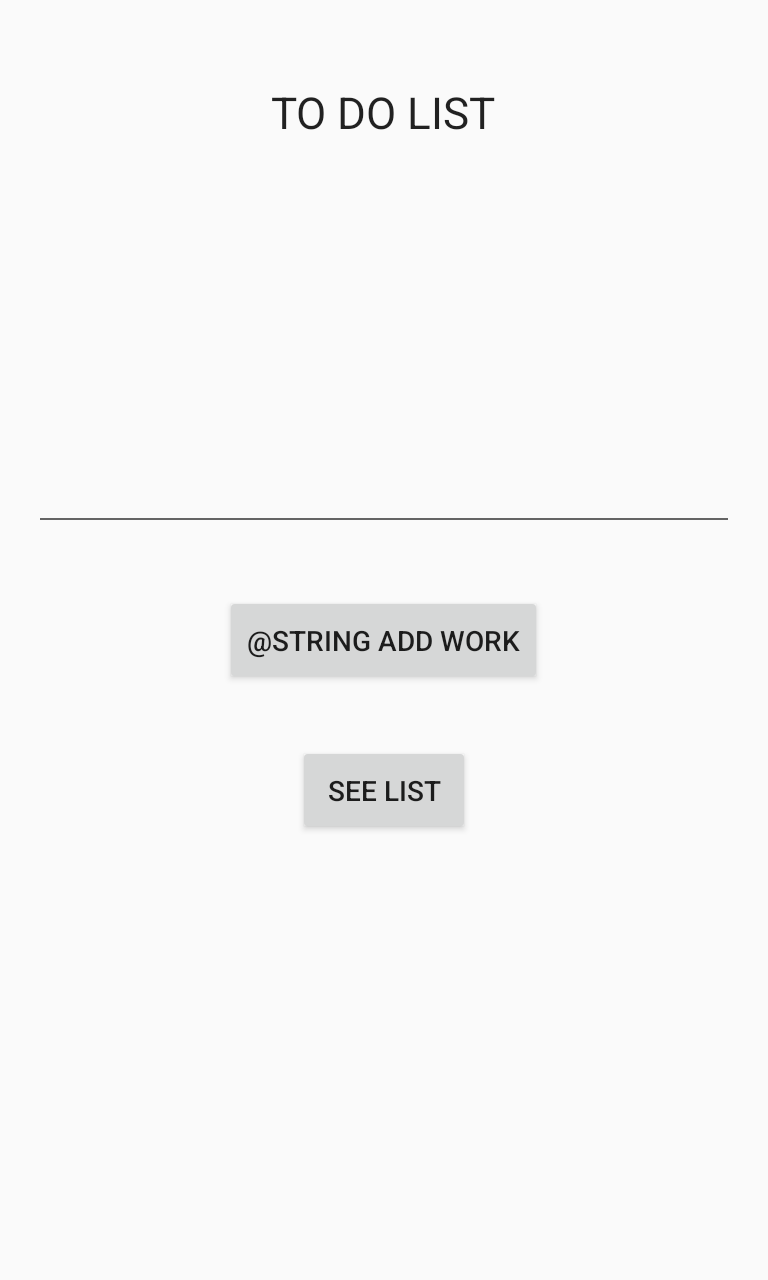
Repository: KibaD/HILLIQUINDOUMBIA
Layout: workspace/Todo_List/res/layout/activity_main.xml
These files come from the project's save history. The layout is drawn as it stood at one moment and after the next save; the edit follows.
It is drawn on a 768 x 1280 px phone screen (xhdpi) without system bars, with theme AppTheme; the app's code is not run.

Above is the layout before, as saved 2015-01-05 02:32:09.

### workspace/Todo_List/res/layout/activity_main.xml
<RelativeLayout xmlns:android="http://schemas.android.com/apk/res/android"
    xmlns:tools="http://schemas.android.com/tools"
    android:layout_width="match_parent"
    android:layout_height="match_parent"
    android:paddingBottom="@dimen/activity_vertical_margin"
    android:paddingLeft="@dimen/activity_horizontal_margin"
    android:paddingRight="@dimen/activity_horizontal_margin"
    android:paddingTop="@dimen/activity_vertical_margin"
    tools:context=".MainActivity" >

    <TextView
        android:id="@+id/textView1"
        android:layout_width="wrap_content"
        android:layout_height="wrap_content"
        android:layout_alignParentTop="true"
        android:layout_centerHorizontal="true"
        android:layout_marginTop="25dp"
        android:text="TO DO LIST"
        android:textAppearance="?android:attr/textAppearanceLarge" />

    <Button
        android:id="@+id/button1"
        android:layout_width="wrap_content"
        android:layout_height="wrap_content"
        android:layout_centerHorizontal="true"
        android:layout_centerVertical="true"
        android:text="@string ADD WORK" />

    <EditText
        android:id="@+id/editText1"
        android:layout_width="fill_parent"
        android:layout_height="wrap_content"
        android:layout_above="@+id/button1"
        android:layout_centerHorizontal="true"
        android:layout_marginBottom="28dp"
        android:ems="10" />

    <Button
        android:id="@+id/button2"
        android:layout_width="wrap_content"
        android:layout_height="wrap_content"
        android:layout_below="@+id/button1"
        android:layout_centerHorizontal="true"
        android:layout_marginTop="27dp"
        android:text="See List" />

</RelativeLayout>

Loaded but not shown: workspace/Todo_List/res/values/styles.xml (common file); workspace/Todo_List/res/values-v11/styles.xml (common file); workspace/Todo_List/res/values-v14/styles.xml (common file); workspace/Todo_List/res/values/dimens.xml (common file); workspace/Todo_List/res/values-w820dp/dimens.xml (common file)

After the next save:
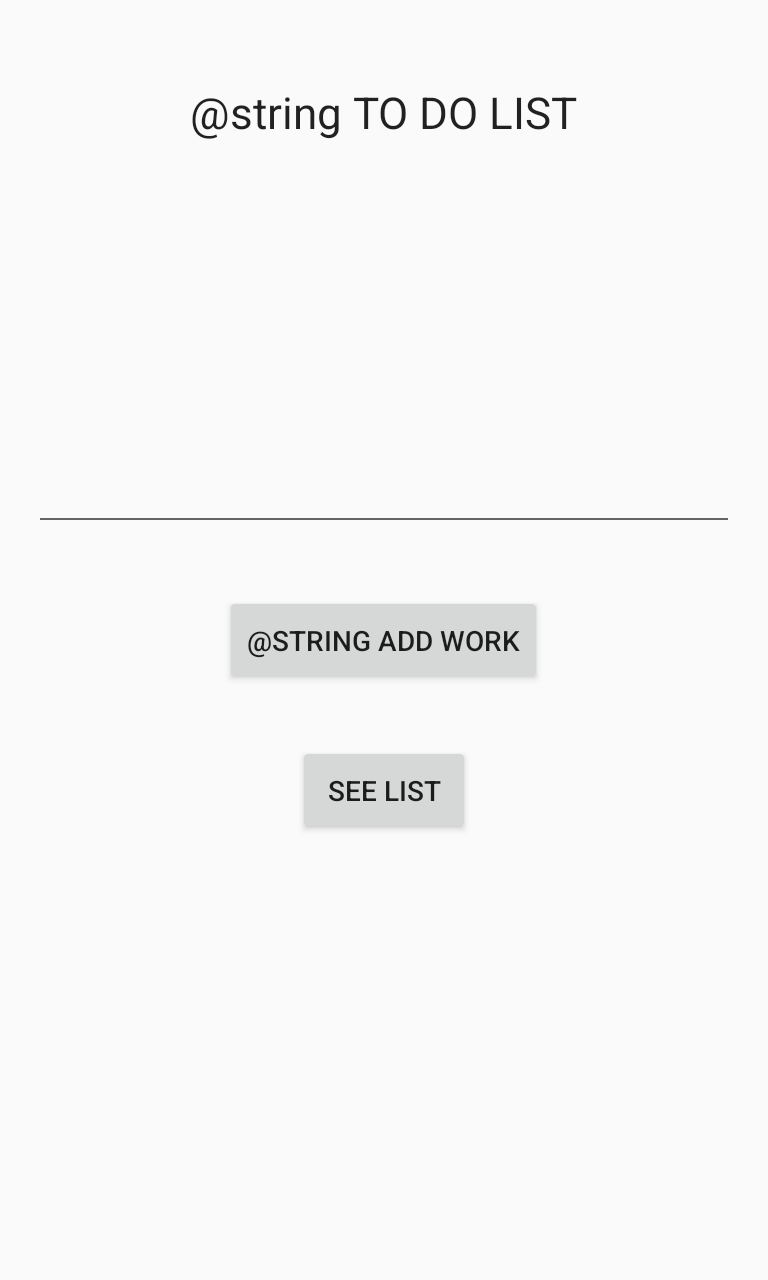
Saved 23 s later.
--- a/workspace/Todo_List/res/layout/activity_main.xml
+++ b/workspace/Todo_List/res/layout/activity_main.xml
@@ -15,7 +15,7 @@
         android:layout_alignParentTop="true"
         android:layout_centerHorizontal="true"
         android:layout_marginTop="25dp"
-        android:text="TO DO LIST"
+        android:text="@string TO DO LIST"
         android:textAppearance="?android:attr/textAppearanceLarge" />
 
     <Button
